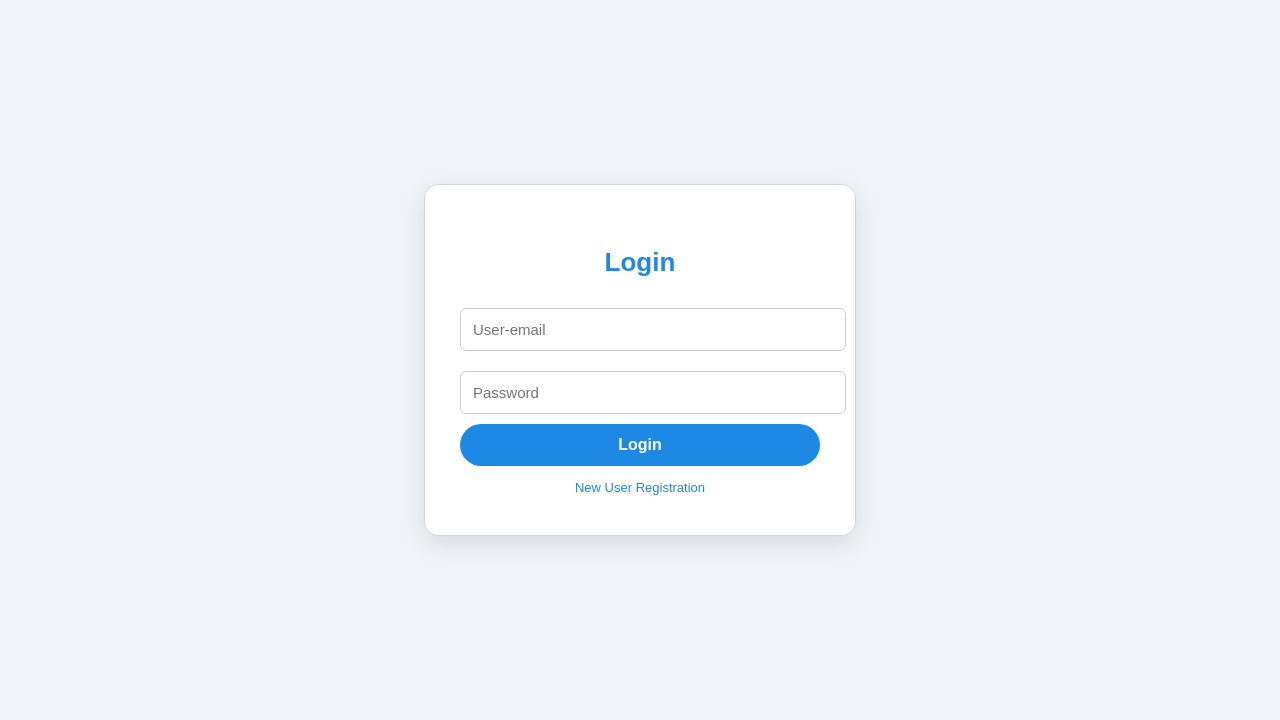
Repository: aakanksha4a/HoneySecure
Page: http://localhost/HoneySecure/login.jsp
An editor plug-in stored every save of this project. The page is shown before and after the next save, followed by the edit.
The browser window is 1280 px wide. The pictures show the whole page.
Some web fonts or font styles are not loaded; a fallback is used. The page is served by Tomcat 10. Other server files are loaded and not shown.

Above is the page before, as saved 2025-04-25 17:19:24.

### HoneySecure/src/main/webapp/login.jsp
<%@ page language="java" contentType="text/html; charset=UTF-8" pageEncoding="UTF-8"%>
<!DOCTYPE html>
<html lang="en">
<head>
  <meta charset="UTF-8" />
  <meta name="viewport" content="width=device-width, initial-scale=1.0"/>
  <title>Login Page</title>
  <style>
  @import url('https://fonts.googleapis.com/css2?family=Rajdhani:wght@500&display=swap');

  body {
    margin: 0;
    padding: 0;
    font-family: 'Rajdhani', sans-serif;
    background: #f0f4f8;
    height: 100vh;
    display: flex;
    justify-content: center;
    align-items: center;
    animation: fadeIn 0.6s ease-in;
  }

  .login-box {
    background-color: #ffffff;
    padding: 40px 35px;
    border-radius: 14px;
    border: 1px solid #d0d7de;
    box-shadow: 0 8px 25px rgba(0, 0, 0, 0.1);
    width: 360px;
    animation: slideUp 0.5s ease-out;
  }

  .login-box h2 {
    text-align: center;
    margin-bottom: 20px;
    color: #1e88e5;
    font-size: 26px;
  }

  .login-box input[type="email"],
  .login-box input[type="password"] {
    width: 100%;
    padding: 12px;
    margin: 10px 0;
    border: 1px solid #ccc;
    border-radius: 6px;
    font-size: 15px;
    transition: 0.3s;
  }

  .login-box input[type="email"]:focus,
  .login-box input[type="password"]:focus {
    border-color: #1e88e5;
    box-shadow: 0 0 8px rgba(30, 136, 229, 0.2);
    outline: none;
  }

  .login-box input[type="submit"] {
    width: 100%;
    padding: 12px;
    background-color: #1e88e5;
    color: white;
    border: none;
    border-radius: 25px;
    font-size: 16px;
    font-weight: bold;
    cursor: pointer;
    transition: background 0.3s ease, transform 0.2s ease;
  }

  .login-box input[type="submit"]:hover {
    background-color: #1565c0;
    transform: scale(1.04);
  }

  .login-box a {
    display: block;
    margin-top: 14px;
    text-align: center;
    color: #1e88e5;
    text-decoration: none;
    font-size: 13px;
    transition: 0.3s;
  }

  .login-box a:hover {
    color: #0d47a1;
    text-decoration: underline;
  }

  @keyframes fadeIn {
    from { opacity: 0; }
    to { opacity: 1; }
  }

  @keyframes slideUp {
    from { transform: translateY(40px); opacity: 0; }
    to { transform: translateY(0); opacity: 1; }
  }
</style>
</head>
<body>

  <div class="login-box">
    <h2>Login</h2>
    <%
      String msg = (String) request.getAttribute("msg");
      if (msg != null) {
        out.print("<p style='color: red; text-align: center; font-size: 14px;'>" + msg + "</p>");
      }
    %>
    <form action="login" method ="post">
      <input type="email" placeholder="User-email" name="username" required />
      <input type="password" placeholder="Password" name="password" required />
      <input type="submit" value="Login" />
      <a href="reg.jsp">New User Registration</a>
    </form>
  </div>

</body>
</html>

After the next save:
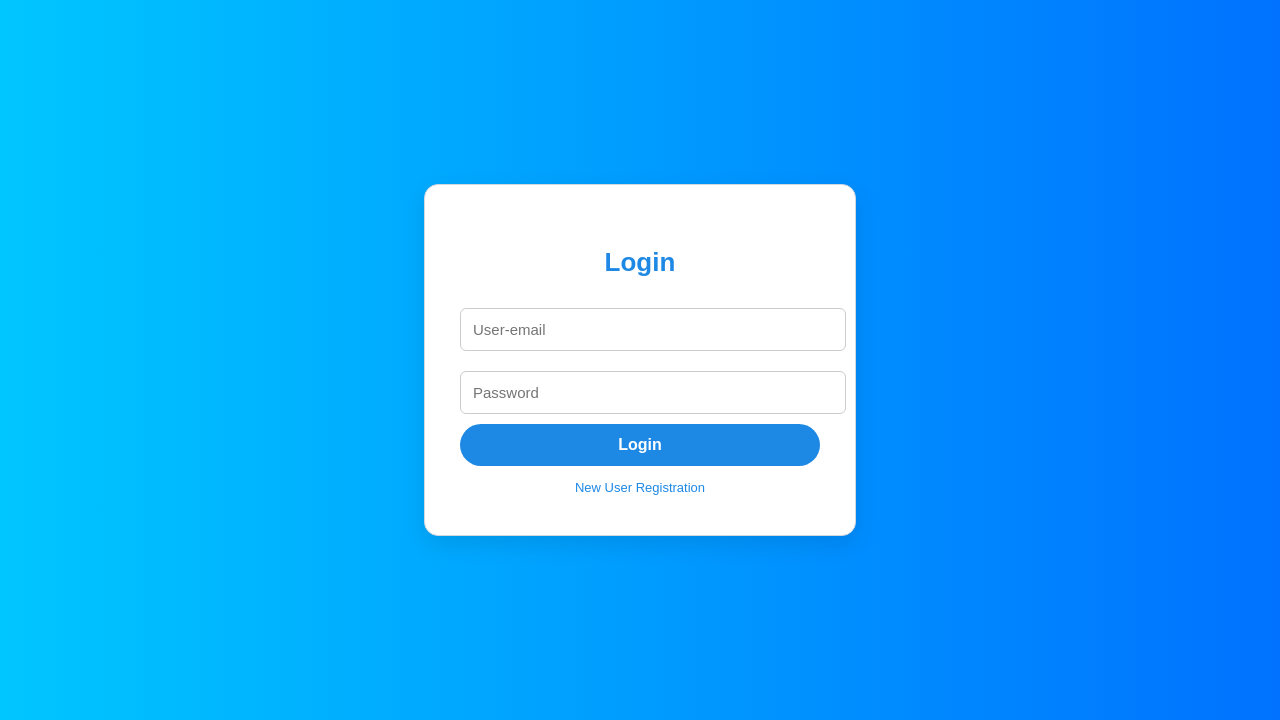
Saved 57 s later.
--- a/HoneySecure/src/main/webapp/login.jsp
+++ b/HoneySecure/src/main/webapp/login.jsp
@@ -12,7 +12,7 @@
     margin: 0;
     padding: 0;
     font-family: 'Rajdhani', sans-serif;
-    background: #f0f4f8;
+    background: linear-gradient(to right, #00c6ff, #0072ff);
     height: 100vh;
     display: flex;
     justify-content: center;
